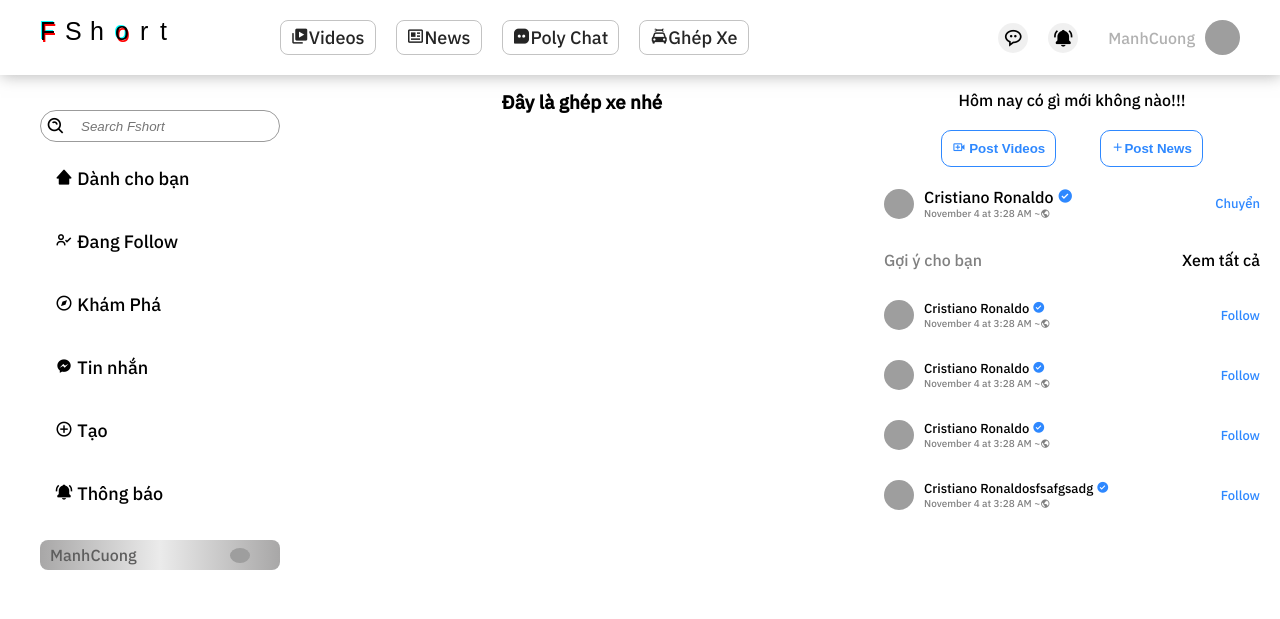
Repository: cuongdeptraivkl/templateFshort
Page: car.html
These files come from the project's save history. The page is drawn as it stood at one moment and after the next save; the edit follows.
The browser window is 1280 px wide. The pictures show the whole page.
Pictures or frames that could not be fetched are drawn as grey boxes. Some web fonts or font styles are not loaded; a fallback is used.

Above is the page before, as saved 2022-11-20 03:35:57.
Console error: ReferenceError: array_user_detail is not defined

After the next save:
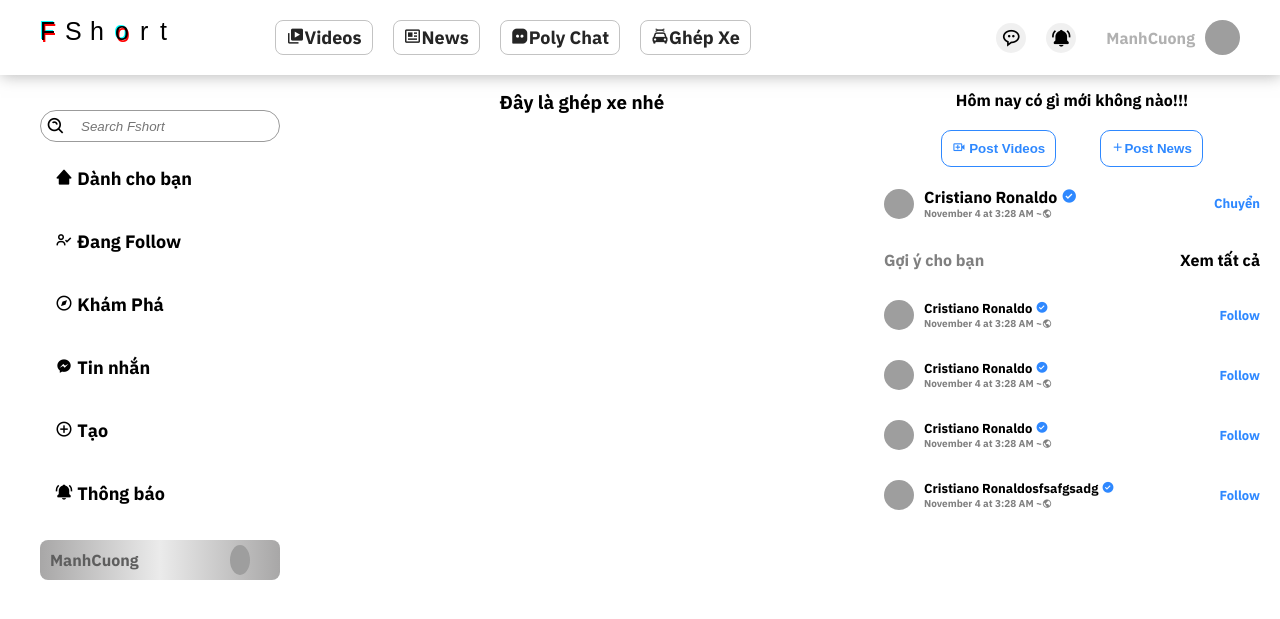
Saved 5 s later.
--- a/car.html
+++ b/car.html
@@ -19,7 +19,7 @@
         href="https://fonts.googleapis.com/css2?family=Mochiy+Pop+P+One&family=Roboto:ital,wght@0,500;1,700&display=swap"
         rel="stylesheet">
     <!-- <link href="https://unpkg.com/aos@2.3.1/dist/aos.css" rel="stylesheet"> -->
-    <link rel="stylesheet" href="src/css/styles.css" />
+   <link rel="stylesheet" href="src/css/detail_user.css" />
 </head>
 
 <body>
